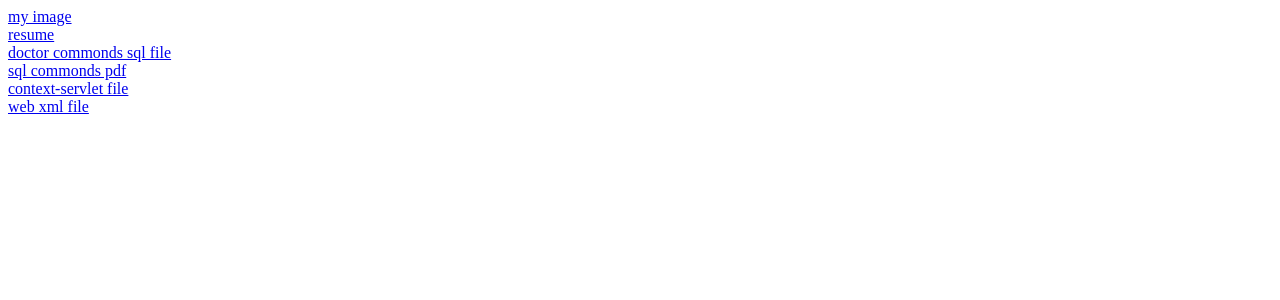
Repository: chetanmelavanki/Spring
Page: train/src/main/webapp/WEB-INF/ResourceLinks.html
An editor plug-in stored every save of this project. The page is shown before and after the next save, followed by the edit.
The browser window is 1280 px wide. The pictures show the whole page.

Above is the page before, as saved 2022-07-13 06:41:55.

After the next save:
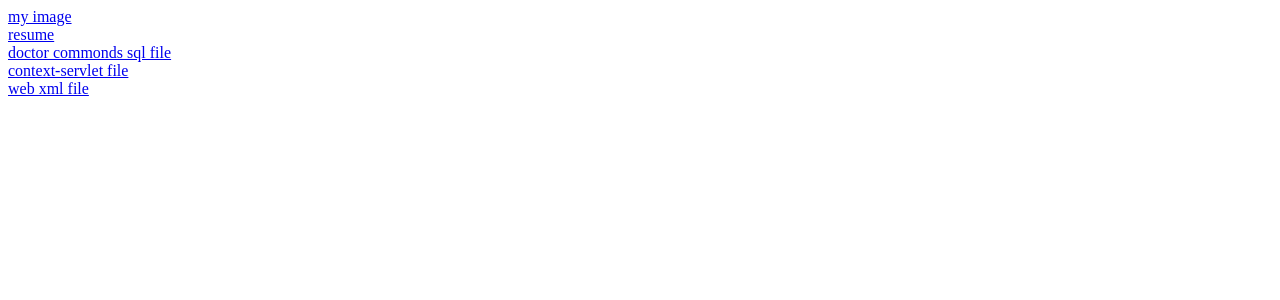
Saved 2 min 8 s later.
--- a/train/src/main/webapp/WEB-INF/ResourceLinks.html
+++ b/train/src/main/webapp/WEB-INF/ResourceLinks.html
@@ -8,7 +8,6 @@
 <a href="http://localhost:8080/train/getJPGresourse" target="_blank">my image</a><br>
 <a href="http://localhost:8080/train/getPDFResource" target="_blank">resume</a><br>
 <a href="http://localhost:8080/train/getSQLresource" target="_blank">doctor commonds sql file</a><br>
-<a href="http://localhost:8080/train/getPDF1Resource" target="_blank">sql commonds pdf</a><br>
 <a href="http://localhost:8080/train/getXMLresource" target="_blank">context-servlet file</a><br>
 <a href="http://localhost:8080/train/getXML1resource" target="_blank">web xml file</a>
 </body>
